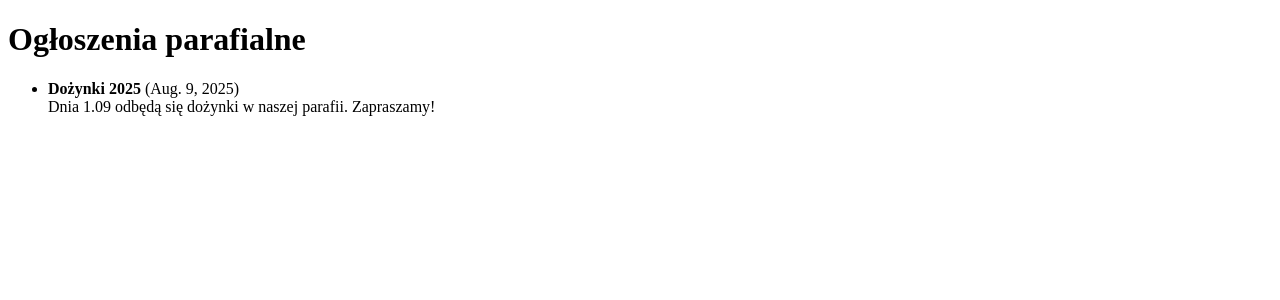
Repository: peatahaya/AmenSite
Page: http://localhost/
An editor plug-in stored every save of this project. The page is shown before and after the next save, followed by the edit.
The browser window is 1280 px wide. The pictures show the whole page.
The page is served by the project's application, run on Django 5.2 (manage.py). Other server files are loaded and not shown. The page reads the database file committed with the project.

Above is the page before, as saved 2025-08-09 07:19:18.

### parish/templates/parish/home.html
<!DOCTYPE html>
<html lang="pl">

  <head>
    <meta charset="UTF-8" />
    <title>Strona Parafii</title>
  </head>

  <body>
    <h1>Ogłoszenia parafialne</h1>
    <ul>
      {% for ann in announcements %}
      <li>
        <strong>{{ ann.title }}</strong> ({{ ann.date }})<br />
        {{ ann.content }}
      </li>
      {% empty %}
      <li>Brak ogłoszeń.</li>
      {% endfor %}
    </ul>
  </body>

</html>

### parish/models.py
from django.db import models

class Announcement(models.Model):
    title = models.CharField(max_length=200)
    date = models.DateField(auto_now_add=True)
    content = models.TextField()

    def __str__(self):
        return self.title

### parish/views.py
from django.shortcuts import render
from .models import Announcement

def home(request):
    announcements = Announcement.objects.order_by('-date')
    return render(request, 'parish/home.html', {'announcements': announcements})

### parafia_backend/urls.py
from django.contrib import admin
from django.urls import path, include

urlpatterns = [
    path('admin/', admin.site.urls),
    path('', include('parish.urls')),  # strona główna z parish app
]

### db.sqlite3 (the tables this page reads, as SQL)
CREATE TABLE "parish_announcement" ("id" integer NOT NULL PRIMARY KEY AUTOINCREMENT, "title" varchar(200) NOT NULL, "date" date NOT NULL, "content" text NOT NULL);
INSERT INTO "parish_announcement" VALUES
(1, 'Dożynki 2025', '2025-08-09', 'Dnia 1.09 odbędą się dożynki w naszej parafii. Zapraszamy!');

### parish/static/parish/css/style.css
/* Reset i podstawy */
* {
	margin: 0;
	padding: 0;
	box-sizing: border-box;
}

body.body {
	font-family: 'Segoe UI', Tahoma, Geneva, Verdana, sans-serif;
	background-color: #fafafa;
	color: #222;
	line-height: 1.6;
	padding: 20px;
	max-width: 900px;
	margin: 0 auto;
}

/* Nagłówek i nawigacja */
.header {
	background-color: #2c3e50;
	padding: 15px 20px;
	border-radius: 6px;
	margin-bottom: 30px;
	box-shadow: 0 2px 5px rgba(0, 0, 0, 0.1);
}

.nav__list {
	list-style: none;
	display: flex;
	gap: 25px;
	justify-content: center;
}

.nav__item {
}

.nav__link {
	color: #ecf0f1;
	text-decoration: none;
	font-weight: 600;
	font-size: 1.1rem;
	transition: color 0.3s ease;
}

.nav__link:hover,
.nav__link:focus {
	color: #1abc9c; /* delikatny turkus */
	outline: none;
}

/* Główna zawartość */
.main-content__title {
	font-size: 2.5rem;
	margin-bottom: 25px;
	text-align: center;
	color: #34495e;
	font-weight: 700;
}

/* Lista ogłoszeń */
.announcement-list {
	list-style: none;
	display: flex;
	flex-direction: column;
	gap: 20px;
}

.announcement-list__item {
	background: white;
	padding: 18px 22px;
	border-radius: 8px;
	box-shadow: 0 2px 6px rgba(0, 0, 0, 0.05);
	transition: box-shadow 0.3s ease;
}

.announcement-list__item:hover {
	box-shadow: 0 4px 12px rgba(26, 188, 156, 0.25);
}

.announcement-list__title {
	font-size: 1.3rem;
	color: #16a085; /* ciemniejszy turkus */
	font-weight: 700;
}

.announcement-list__date {
	font-size: 0.9rem;
	color: #7f8c8d;
	margin-left: 8px;
	font-style: italic;
}

.announcement-list__content {
	margin-top: 8px;
	font-size: 1rem;
	color: #2c3e50;
}

/* Styl dla pustej listy */
.announcement-list__empty {
	text-align: center;
	color: #95a5a6;
	font-style: italic;
	font-size: 1.1rem;
}

/* Stopka */
.footer {
	margin-top: 50px;
	padding: 15px 0;
	text-align: center;
	font-size: 0.9rem;
	color: #95a5a6;
	border-top: 1px solid #ddd;
}

/* Responsywność */
@media (max-width: 600px) {
	.nav__list {
		flex-direction: column;
		gap: 15px;
	}

	body.body {
		padding: 15px;
		max-width: 100%;
	}

	.main-content__title {
		font-size: 2rem;
	}

	.announcement-list__item {
		padding: 15px;
	}
}

Loaded but not shown: parish/urls.py (common file)

After the next save:
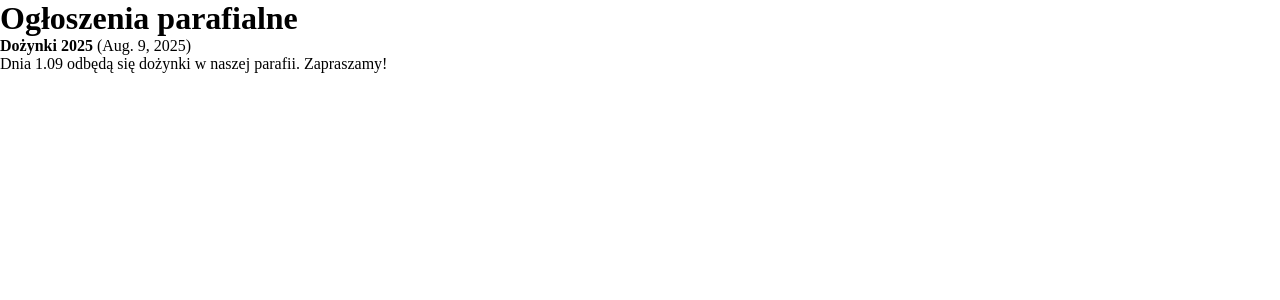
Saved 18 s later.
--- a/parish/templates/parish/home.html
+++ b/parish/templates/parish/home.html
@@ -4,6 +4,9 @@
   <head>
     <meta charset="UTF-8" />
     <title>Strona Parafii</title>
+    {% load static %}
+    <link rel="stylesheet" href="{% static 'parish/css/style.css' %}">
+
   </head>
 
   <body>
